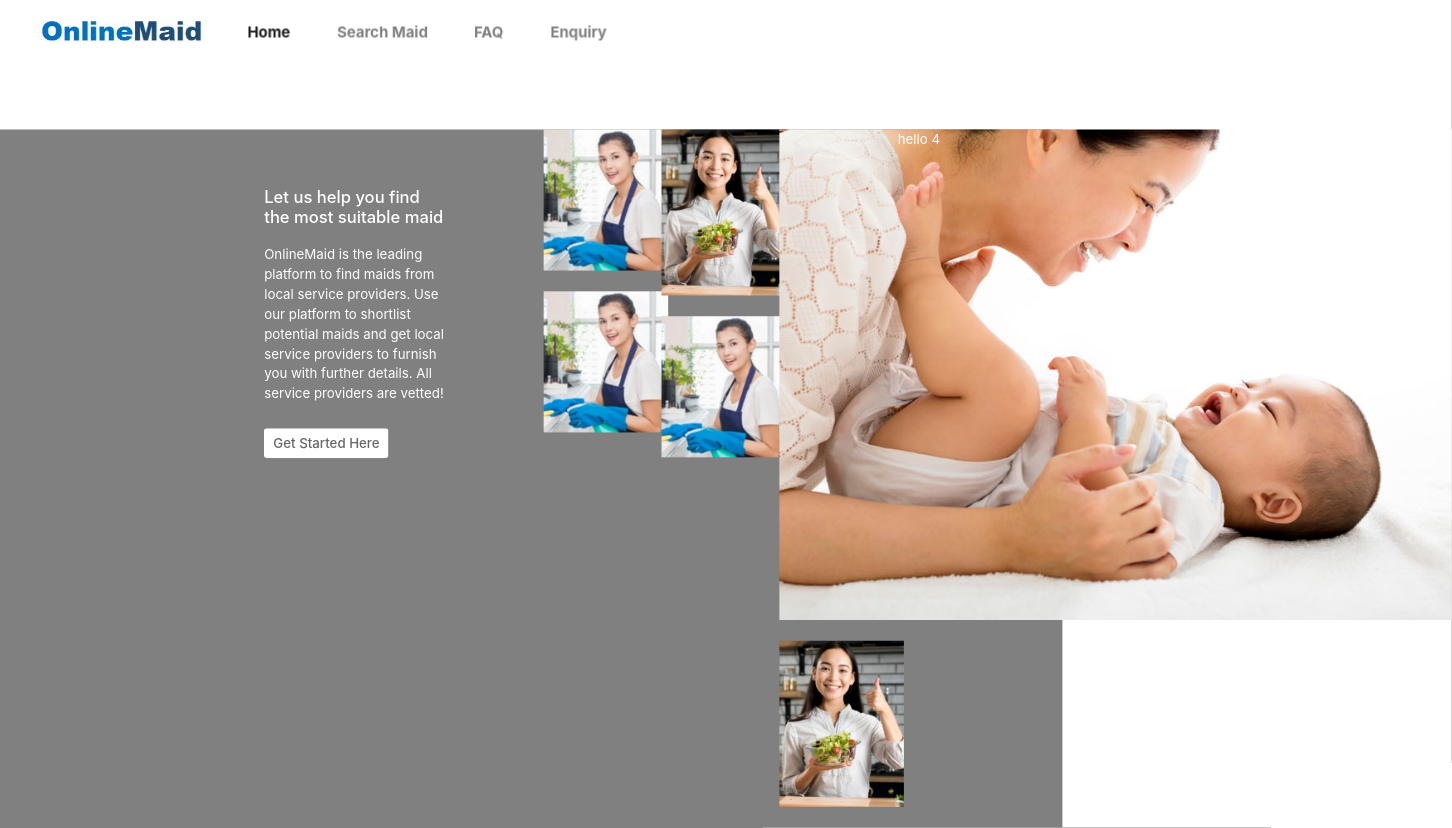
Repository: Code-Institute-Submissions/Project-1---Online-Maid
Page: testing.html
The author's editor kept a record of every edit. The page is drawn from the files as they stood at one moment, then again after the next edit.
The browser window is 1280 px wide. The page is 1749 px wide, so the pictures cover 1749 px, including what lies to the right of the window. The pictures show the whole page, at 83% of full size.
Some web libraries are served in a nearby version.

Above is the page before.

After the next edit:
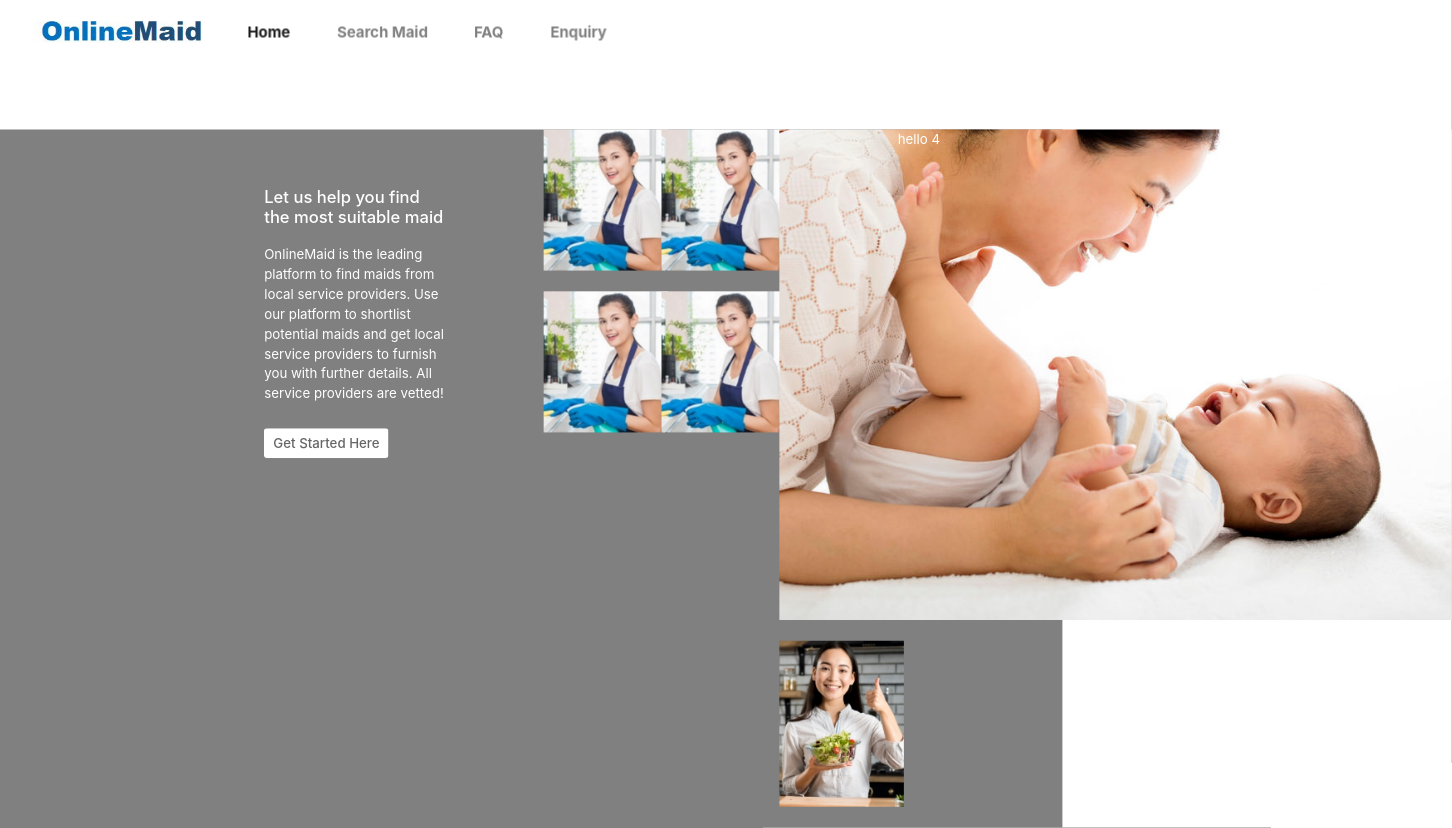
The edit:
--- a/testing.html
+++ b/testing.html
@@ -58,7 +58,7 @@
         </div>
 
         <div class="col-4 picture-col-2">
-          <img class="card-img-top-3" src="images/enquiry3a.jpg" alt="Card image cap">
+          <img class="card-img-top-3" src="images/enquiry2a.jpg" alt="Card image cap">
           <img class="card-img-top-4" src="images/enquiry2a.jpg" alt="Card image cap">
         </div>
 
